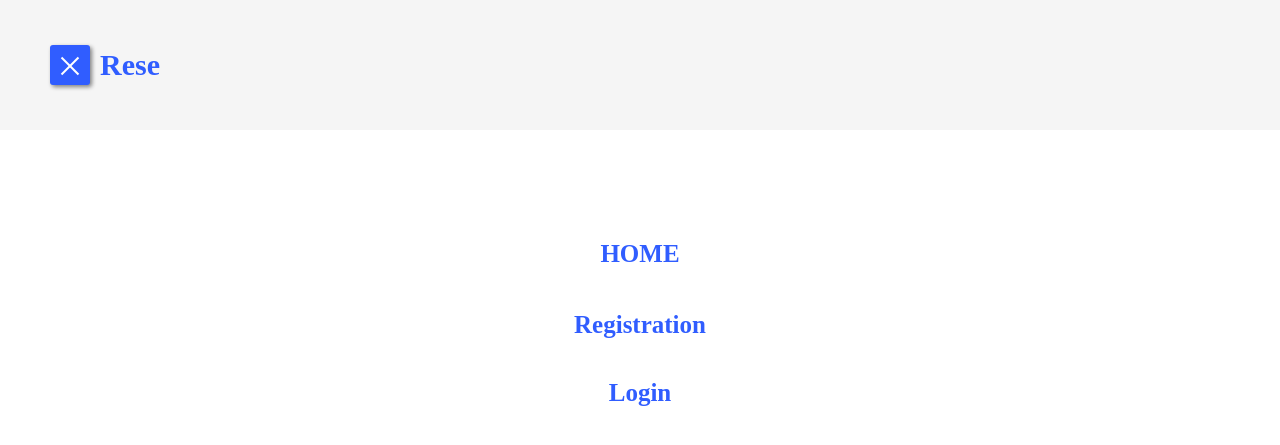
Repository: Haruka-Wada/Rese
Page: http://localhost/done
The author's editor kept a copy of each file at every save. The page is drawn from the files as they stood at one save, then again after the next save.
The browser window is 1280 px wide. The pictures show the whole page.
After loading, the first visible `div.header__hamburger` was clicked once.
The page is served by the project's Laravel application, run on PHP 8.4 with Laravel 8.

Above is the page before, as saved 2024-10-28 14:08:24.

After the next save:
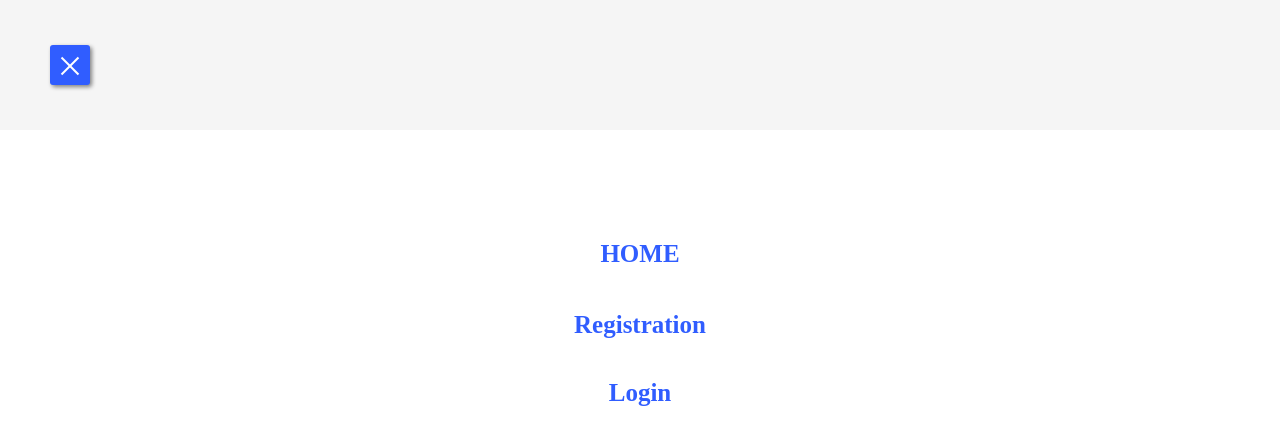
Saved 4 s later.
--- a/src/public/css/app.css
+++ b/src/public/css/app.css
@@ -131,5 +131,5 @@ body {
 }
 
 .header__logo.active {
-    visibility: inherit;: hidden;
+    visibility: hidden;
 }
